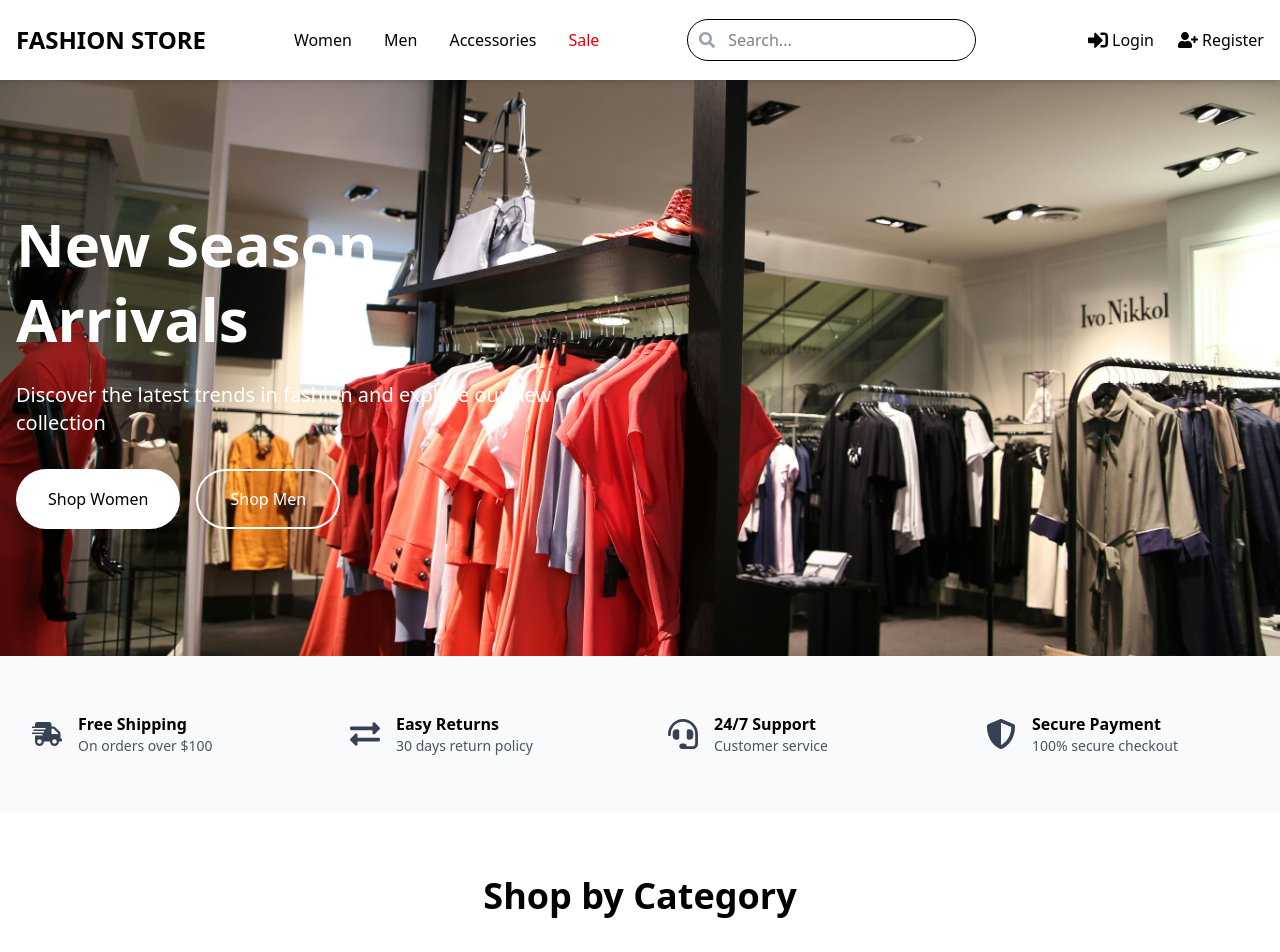
Repository: minhquang203/SHOPQUANAO
Page: / (app in frontend/)
An editor plug-in stored every save of this project. The page is shown before and after the next save, followed by the edit.
The browser window is 1280 px wide. The pictures show the part of the page from y = 0 to 952 px (the page is 2446 px tall).
The project was rebuilt for these pictures with package versions that can differ from the ones it lists, and the page was loaded fresh each time. Also part of the build but not shown: frontend/vite.config.js, frontend/src/components/AdminLayout.jsx, frontend/src/components/AdminRoute.jsx, frontend/src/pages/admin/Dashboard.jsx, frontend/src/pages/admin/Orders.jsx, frontend/src/pages/admin/Products.jsx, frontend/src/pages/admin/Users.jsx, frontend/src/pages/LoginPage.jsx and 1 more.

Above is the page before, as saved 2025-05-01 14:07:50.

### frontend/src/main.jsx
// main.jsx
import React from "react";
import ReactDOM from "react-dom/client";
import { Provider } from "react-redux";
import { PersistGate } from "redux-persist/integration/react";
import App from "./App";
import "./index.css";
import { persistor, store } from "./redux/store";

ReactDOM.createRoot(document.getElementById("root")).render(
  <Provider store={store}>
    <PersistGate loading={null} persistor={persistor}>
      <App />
    </PersistGate>
  </Provider>
);

### frontend/src/App.jsx
import React from "react";
import { Route, BrowserRouter as Router, Routes } from "react-router-dom";
import AdminLayout from "./components/AdminLayout";
import AdminRoute from "./components/AdminRoute";
import Navbar from "./components/Navbar";
import Dashboard from "./pages/admin/Dashboard";
import Orders from "./pages/admin/Orders";
import Products from "./pages/admin/Products";
import Users from "./pages/admin/Users";
import Homepage from "./pages/Homepage";
import Login from "./pages/LoginPage";
import Register from "./pages/RegisterPage";

function App() {
  return (
    <Router>
      <Navbar />
      <Routes>
        {/* Public Routes */}
        <Route path="/" element={<Homepage />} />
        <Route path="/login" element={<Login />} />
        <Route path="/register" element={<Register />} />

        {/* Admin Protected Routes */}
        <Route element={<AdminRoute />}>
          <Route path="/admin" element={<AdminLayout />}>
            <Route index element={<Dashboard />} />
            <Route path="dashboard" element={<Dashboard />} />
            <Route path="orders" element={<Orders />} />
            <Route path="products" element={<Products />} />
            <Route path="users" element={<Users />} />
          </Route>
        </Route>
      </Routes>
    </Router>
  );
}

export default App;

### frontend/src/index.css
@import "tailwindcss";




.group:hover .group-hover\:block{
    display: block;
}

### frontend/src/redux/store.js
// redux/store.js
import { configureStore } from '@reduxjs/toolkit';
import { combineReducers } from 'redux';
import { persistReducer, persistStore } from 'redux-persist';
import storage from 'redux-persist/lib/storage'; // lưu trên localStorage
import authReducer from './authSlice';

const persistConfig = {
  key: 'root',
  storage,
  whitelist: ['auth'], // chỉ persist auth
};

const rootReducer = combineReducers({
  auth: authReducer,
});

const persistedReducer = persistReducer(persistConfig, rootReducer);

export const store = configureStore({
  reducer: persistedReducer,
  middleware: (getDefaultMiddleware) =>
    getDefaultMiddleware({
      serializableCheck: false,
    }),
});

export const persistor = persistStore(store);

### frontend/src/components/Navbar.jsx
import React, { useState } from 'react';
import { FaHeart, FaSearch, FaShoppingCart, FaSignInAlt, FaUser, FaUserPlus } from 'react-icons/fa';
import { useDispatch, useSelector } from 'react-redux';
import { Link, useNavigate } from 'react-router-dom';
import { selectCurrentRole, selectCurrentUser, selectIsAuthenticated } from '../redux/authSelectors';
import { logout } from '../redux/authSlice';

function Navbar() {
  const dispatch = useDispatch();
  const navigate = useNavigate();
  const [isMenuOpen, setIsMenuOpen] = useState(false);
  const isAuthenticated = useSelector(selectIsAuthenticated);
  const user = useSelector(selectCurrentUser);
  const role = useSelector(selectCurrentRole);

  // Sử dụng selector đã memoize


  const handleLogout = () => {
    dispatch(logout());
    navigate('/login');
  };

  const AuthenticatedIcons = () => (
    <div className="flex items-center space-x-6">
      <button className="hover:text-gray-600 transition">
        <FaSearch className="h-5 w-5 md:hidden" />
      </button>
      <Link to="/wishlist" className="hover:text-gray-600 transition">
        <FaHeart className="h-5 w-5" />
      </Link>
      <Link to="/cart" className="relative hover:text-gray-600 transition">
        <FaShoppingCart className="h-5 w-5" />
        <span className="absolute -top-2 -right-2 bg-red-600 text-white text-xs rounded-full w-5 h-5 flex items-center justify-center">
          0
        </span>
      </Link>

      {/* Admin Dashboard Link - Only visible for admins */}
      {role === 'admin' && (
        <Link to="/admin/dashboard" className="hover:text-gray-600 transition">
          <span className="hidden md:inline">Admin</span>
        </Link>
      )}

      <div className="relative group">
        <button className="hover:text-black transition-transform hover:scale-105">
          <FaUser className="h-5 w-5" />
          <span className="hidden md:inline">{user?.username}</span>
        </button>
        <div className="absolute right-0 w-48 py-2 mt-2 bg-white rounded-md shadow-xl invisible group-hover:visible opacity-0 group-hover:opacity-100 transition-all duration-200 z-50">
          <Link
            to="/profile"
            className="block px-4 py-2 text-sm text-gray-700 hover:bg-gray-100"
          >
            Profile
          </Link>
          <Link
            to="/orders"
            className="block px-4 py-2 text-sm text-gray-700 hover:bg-gray-100"
          >
            Orders
          </Link>
          <button
            onClick={handleLogout}
            className="block w-full text-left px-4 py-2 text-sm text-gray-700 hover:bg-gray-100"
          >
            Sign Out
          </button>
        </div>
      </div>
    </div>
  );

  const NonAuthenticatedIcons = () => (
    <div className="flex items-center space-x-6">
      <button className="hover:text-gray-600 transition">
        <FaSearch className="h-5 w-5 md:hidden" />
      </button>
      <Link to="/login" className="hover:text-gray-600 transition flex items-center space-x-1">
        <FaSignInAlt className="h-5 w-5" />
        <span className="hidden md:inline">Login</span>
      </Link>
      <Link to="/register" className="hover:text-gray-600 transition flex items-center space-x-1">
        <FaUserPlus className="h-5 w-5" />
        <span className="hidden md:inline">Register</span>
      </Link>
    </div>
  );

  return (
    <nav className="bg-white shadow-md sticky top-0 z-50">
      <div className="container mx-auto px-4">
        <div className="flex items-center justify-between h-20">
          <Link to="/" className="text-2xl font-bold">FASHION STORE</Link>

          <div className="hidden md:flex items-center space-x-8">
            <Link to="/women" className="hover:text-gray-600 transition">Women</Link>
            <Link to="/men" className="hover:text-gray-600 transition">Men</Link>
            <Link to="/accessories" className="hover:text-gray-600 transition">Accessories</Link>
            <Link to="/sale" className="text-red-600 hover:text-red-700 transition">Sale</Link>
          </div>

          <div className="hidden md:flex items-center relative">
            <input
              type="text"
              placeholder="Search..."
              className="pl-10 pr-4 py-2 border rounded-full focus:outline-none focus:ring-2 focus:ring-black"
            />
            <FaSearch className="absolute left-3 text-gray-400" />
          </div>

          {user ? <AuthenticatedIcons /> : <NonAuthenticatedIcons />}

          <button
            className="md:hidden"
            onClick={() => setIsMenuOpen(!isMenuOpen)}
            aria-label="Toggle menu"
          >
            <svg className="w-6 h-6" fill="none" viewBox="0 0 24 24" stroke="currentColor">
              <path strokeLinecap="round" strokeLinejoin="round" strokeWidth={2} d="M4 6h16M4 12h16M4 18h16" />
            </svg>
          </button>
        </div>

        {isMenuOpen && (
          <div className="md:hidden py-4 border-t">
            <div className="flex flex-col space-y-4">
              <Link to="/women" className="hover:text-gray-600 transition px-4">Women</Link>
              <Link to="/men" className="hover:text-gray-600 transition px-4">Men</Link>
              <Link to="/accessories" className="hover:text-gray-600 transition px-4">Accessories</Link>
              <Link to="/sale" className="text-red-600 hover:text-red-700 transition px-4">Sale</Link>
              {role === 'admin' && (
                <Link to="/admin/dashboard" className="hover:text-gray-600 transition px-4">
                  Admin Dashboard
                </Link>
              )}
              <div className="relative px-4">
                <input
                  type="text"
                  placeholder="Search..."
                  className="w-full pl-10 pr-4 py-2 border rounded-full focus:outline-none focus:ring-2 focus:ring-black"
                />
                <FaSearch className="absolute left-7 top-3 text-gray-400" />
              </div>
            </div>
          </div>
        )}
      </div>
    </nav>
  );
}

export default Navbar;

### frontend/src/pages/Homepage.jsx
import React from "react";
import { FaExchangeAlt, FaHeadset, FaShieldAlt, FaShippingFast } from 'react-icons/fa';

function Homepage() {
  return (
    <div className="min-h-screen">
      {/* Hero Banner with Overlay */}
      <section className="relative h-[80vh]">
        <img
          src="/assets/banner.jpg"
          alt="Hero Banner"
          className="w-full h-full object-cover"
        />
        <div className="absolute inset-0  flex items-center">
          <div className="container mx-auto px-4">
            <div className="max-w-xl">
              <h1 className="text-6xl font-bold mb-6 text-white leading-tight">
                New Season Arrivals
              </h1>
              <p className="text-xl text-white mb-8">
                Discover the latest trends in fashion and explore our new collection
              </p>
              <div className="flex gap-4">
                <button className="bg-white text-black px-8 py-4 rounded-full hover:bg-gray-100 transition duration-300">
                  Shop Women
                </button>
                <button className="border-2 border-white text-white px-8 py-4 rounded-full hover:bg-white hover:text-black transition duration-300">
                  Shop Men
                </button>
              </div>
            </div>
          </div>
        </div>
      </section>

        {/* Services Section */}
      <section className="bg-gray-50 py-10">
        <div className="container mx-auto px-4">
          <div className="grid grid-cols-1 md:grid-cols-4 gap-6">
            <div className="flex items-center gap-4 p-4">
              <FaShippingFast className="text-3xl text-gray-700" />
              <div>
                <h3 className="font-semibold">Free Shipping</h3>
                <p className="text-sm text-gray-600">On orders over $100</p>
              </div>
            </div>
            <div className="flex items-center gap-4 p-4">
              <FaExchangeAlt className="text-3xl text-gray-700" />
              <div>
                <h3 className="font-semibold">Easy Returns</h3>
                <p className="text-sm text-gray-600">30 days return policy</p>
              </div>
            </div>
            <div className="flex items-center gap-4 p-4">
              <FaHeadset className="text-3xl text-gray-700" />
              <div>
                <h3 className="font-semibold">24/7 Support</h3>
                <p className="text-sm text-gray-600">Customer service</p>
              </div>
            </div>
            <div className="flex items-center gap-4 p-4">
              <FaShieldAlt className="text-3xl text-gray-700" />
              <div>
                <h3 className="font-semibold">Secure Payment</h3>
                <p className="text-sm text-gray-600">100% secure checkout</p>
              </div>
            </div>
          </div>
        </div>
      </section>

      {/* Categories */}
      <section className="py-16">
        <div className="container mx-auto px-4">
          <h2 className="text-4xl font-bold mb-12 text-center">Shop by Category</h2>
          <div className="grid grid-cols-1 md:grid-cols-3 gap-8">
            {['Women', 'Men', 'Accessories'].map((category) => (
              <div key={category} className="group relative overflow-hidden rounded-xl h-[400px]">
                <img
                  src={`/${category.toLowerCase()}.jpg`}
                  alt={category}
                  className="w-full h-full object-cover transition duration-500 group-hover:scale-110"
                />
                <div className="absolute inset-0 bg-gradient-to-t from-black/70 to-transparent flex flex-col justify-end p-8">
                  <h3 className="text-white text-2xl font-bold mb-3">{category}</h3>
                  <button className="bg-white text-black w-full py-3 rounded-full opacity-0 transform translate-y-4 group-hover:opacity-100 group-hover:translate-y-0 transition duration-300">
                    Shop Now
                  </button>
                </div>
              </div>
            ))}
          </div>
        </div>
      </section>

      {/* Featured Products */}
      <section className="bg-gray-50 py-16">
        <div className="container mx-auto px-4">
          <h2 className="text-4xl font-bold mb-12 text-center">Trending Now</h2>
          <div className="grid grid-cols-1 md:grid-cols-4 gap-6">
            {[1, 2, 3, 4].map((item) => (
              <div key={item} className="group bg-white rounded-xl overflow-hidden hover:shadow-xl transition duration-300">
                <div className="relative overflow-hidden">
                  <img
                    src={`/product${item}.jpg`}
                    alt={`Product ${item}`}
                    className="w-full h-[350px] object-cover group-hover:scale-105 transition duration-500"
                  />
                  <div className="absolute top-4 right-4">
                    <button className="bg-white p-2 rounded-full shadow-md hover:bg-gray-100">
                      <svg className="w-5 h-5" fill="none" stroke="currentColor" viewBox="0 0 24 24">
                        <path strokeLinecap="round" strokeLinejoin="round" strokeWidth="2" d="M4.318 6.318a4.5 4.5 0 000 6.364L12 20.364l7.682-7.682a4.5 4.5 0 00-6.364-6.364L12 7.636l-1.318-1.318a4.5 4.5 0 00-6.364 0z" />
                      </svg>
                    </button>
                  </div>
                </div>
                <div className="p-6">
                  <h3 className="font-semibold text-lg mb-2">Product Name</h3>
                  <div className="flex justify-between items-center">
                    <p className="text-gray-600">$99.99</p>
                    <button className="bg-black text-white px-6 py-2 rounded-full hover:bg-gray-800 transition duration-300">
                      Add to Cart
                    </button>
                  </div>
                </div>
              </div>
            ))}
          </div>
        </div>
      </section>

      {/* Newsletter */}
      <section className="py-20 bg-gradient-to-r from-gray-900 to-gray-800 text-white">
        <div className="container mx-auto px-4">
          <div className="text-center max-w-2xl mx-auto">
            <h2 className="text-4xl font-bold mb-6">Join Our Newsletter</h2>
            <p className="text-gray-300 mb-8">Subscribe to get special offers, free giveaways, and amazing deals.</p>
            <div className="flex gap-4 justify-center">
              <input
                type="email"
                placeholder="Enter your email"
                className="px-6 py-3 rounded-full w-full max-w-md text-black focus:outline-none focus:ring-2 focus:ring-white"
              />
              <button className="bg-white text-black px-8 py-3 rounded-full hover:bg-gray-100 transition duration-300">
                Subscribe
              </button>
            </div>
          </div>
        </div>
      </section>
    </div>
  );
}

export default Homepage;

### frontend/src/redux/authSlice.js
import { createSlice } from '@reduxjs/toolkit';

const initialState = {
  user: null,
  token: null,
  role: null,
};

const authSlice = createSlice({
  name: 'auth',
  initialState,
  reducers: {
    setCredentials: (state, action) => {
      state.user = action.payload.user;
      state.token = action.payload.token;
      state.role = action.payload.user.role; // Lưu role vào state
      state.isAuthenticated = true;

    },
    logout: (state) => {
      state.user = null;
      state.token = null;
      state.role = null;
      state.isAuthenticated = false;
    },
  },
});

export const { setCredentials, logout } = authSlice.actions;

export default authSlice.reducer;

### frontend/src/redux/authSelectors.js
// redux/authSelectors.js
export const selectCurrentUser = (state) => state.auth.user;
export const selectCurrentRole = (state) => state.auth.role;
export const selectIsAuthenticated = (state) => state.auth.isAuthenticated;
export const selectToken = (state) => state.auth.token;

Loaded but not shown: frontend/index.html (common file)

After the next save:
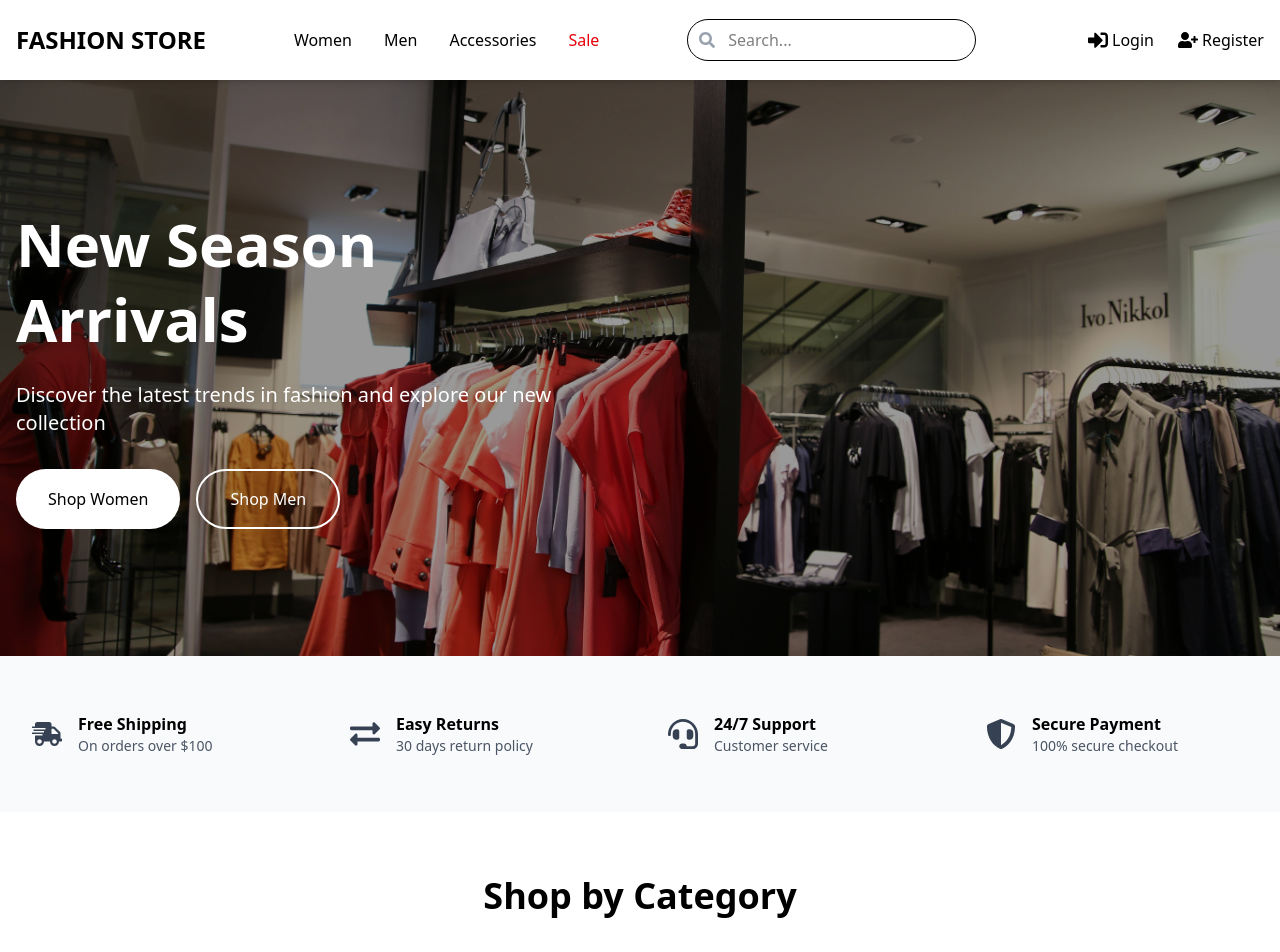
Saved 2 min 0 s later.
--- a/frontend/src/pages/Homepage.jsx
+++ b/frontend/src/pages/Homepage.jsx
@@ -6,32 +6,37 @@
     <div className="min-h-screen">
       {/* Hero Banner with Overlay */}
       <section className="relative h-[80vh]">
-        <img
-          src="/assets/banner.jpg"
-          alt="Hero Banner"
-          className="w-full h-full object-cover"
-        />
-        <div className="absolute inset-0  flex items-center">
-          <div className="container mx-auto px-4">
-            <div className="max-w-xl">
-              <h1 className="text-6xl font-bold mb-6 text-white leading-tight">
-                New Season Arrivals
-              </h1>
-              <p className="text-xl text-white mb-8">
-                Discover the latest trends in fashion and explore our new collection
-              </p>
-              <div className="flex gap-4">
-                <button className="bg-white text-black px-8 py-4 rounded-full hover:bg-gray-100 transition duration-300">
-                  Shop Women
-                </button>
-                <button className="border-2 border-white text-white px-8 py-4 rounded-full hover:bg-white hover:text-black transition duration-300">
-                  Shop Men
-                </button>
-              </div>
-            </div>
-          </div>
+  <img
+    src="/assets/banner.jpg"
+    alt="Hero Banner"
+    className="w-full h-full object-cover"
+  />
+
+  {/* Lớp phủ làm tối ảnh */}
+  <div className="absolute inset-0 bg-black/40"></div>
+
+  <div className="absolute inset-0 flex items-center">
+    <div className="container mx-auto px-4">
+      <div className="max-w-xl">
+        <h1 className="text-6xl font-bold mb-6 text-white leading-tight">
+          New Season Arrivals
+        </h1>
+        <p className="text-xl text-white mb-8">
+          Discover the latest trends in fashion and explore our new collection
+        </p>
+        <div className="flex gap-4">
+          <button className="bg-white text-black px-8 py-4 rounded-full hover:bg-gray-100 transition duration-300">
+            Shop Women
+          </button>
+          <button className="border-2 border-white text-white px-8 py-4 rounded-full hover:bg-white hover:text-black transition duration-300">
+            Shop Men
+          </button>
         </div>
-      </section>
+      </div>
+    </div>
+  </div>
+</section>
+
 
         {/* Services Section */}
       <section className="bg-gray-50 py-10">
